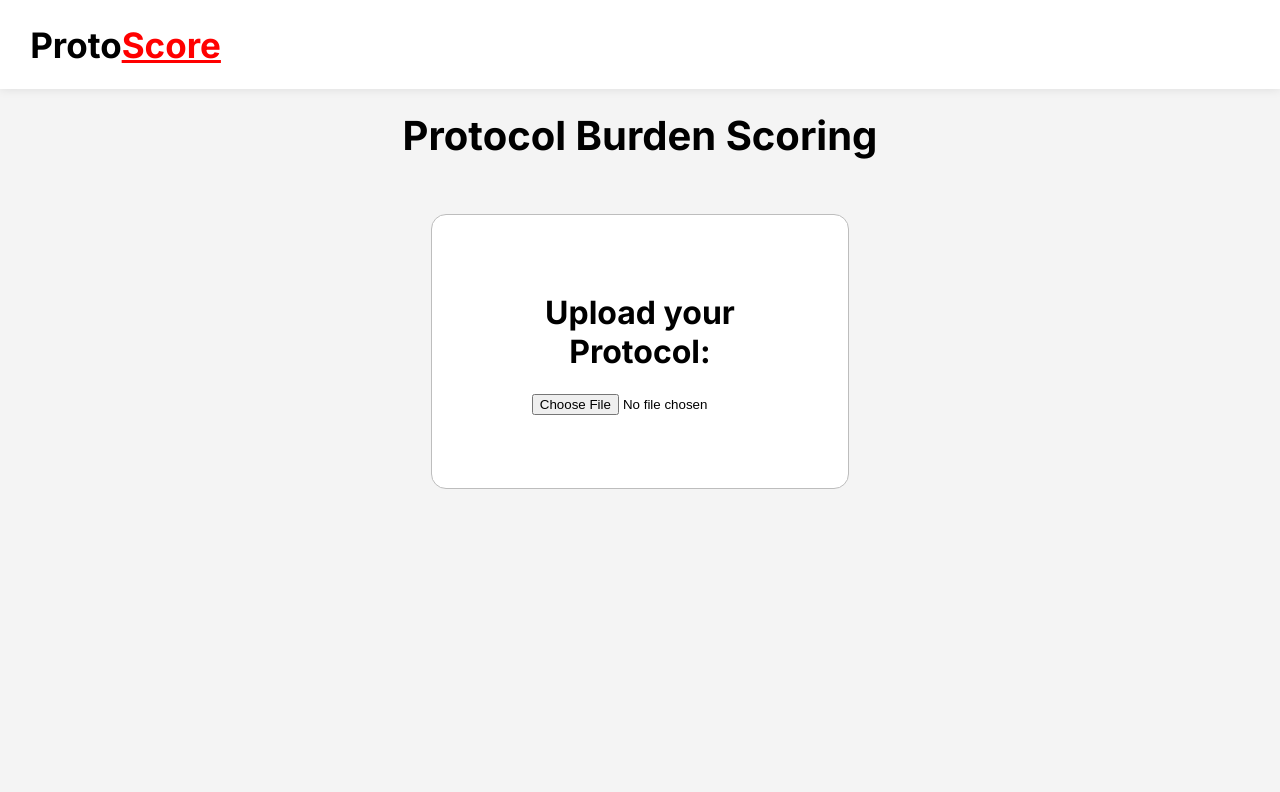
Repository: evanc108/Regeneron2024
Page: / (app in regeneron/)
An editor plug-in stored every save of this project. The page is shown before and after the next save, followed by the edit.
The browser window is 1280 px wide. The pictures show the whole page.
The project was rebuilt for these pictures with package versions that can differ from the ones it lists, and the page was loaded fresh each time.

Above is the page before, as saved 2024-05-14 02:19:54.

### regeneron/src/App.js
import './App.css';
import React, { useState } from 'react';
import Feedback from './pages/Feedback';


function App() {
  return (
    <div className="App">
      <div style={{backgroundColor: "white", width: "100%", padding: "0.2px", boxShadow: "0px 0px 10px rgba(0, 0, 0, 0.1)"}}>
        <h1 style={{ marginLeft: "30px", fontSize: "35px", textAlign: "left"}}>
          <span style={{color: "black"}}>Proto</span>
          <span style={{color: "red", textDecoration: "underline"}}>Score</span>
        </h1>
      </div>


      {/* <input value={inputValue} onChange={handleChange}></input>
      <button onClick={sendRequest}>Click me</button>
      <div>
        <p>Physical Burden: {burden.physical}</p>
        <p>Logistical Burden: {burden.logistical}</p>
        <p>Financial: {burden.financial}</p>
        <p>Psychological Burden: {burden.psychological}</p>
      </div> */}
      <Feedback></Feedback>
    </div>
  );
}

export default App;

### regeneron/src/App.css
.App {
  text-align: center;
  background-color: #f4f4f4;
  margin: 0;
  height: 110vh;
}

body {
  font-family: 'Inter', sans-serif;
  margin: 0;
  padding: 0;
  height: 110vh;
}

.App-logo {
  height: 40vmin;
  pointer-events: none;
}

@media (prefers-reduced-motion: no-preference) {
  .App-logo {
    animation: App-logo-spin infinite 20s linear;
  }
}

.App-header {
  background-color: #282c34;
  min-height: 100vh;
  display: flex;
  flex-direction: column;
  align-items: center;
  justify-content: center;
  font-size: calc(10px + 2vmin);
  color: white;
}

.App-link {
  color: #61dafb;
}

@keyframes App-logo-spin {
  from {
    transform: rotate(0deg);
  }
  to {
    transform: rotate(360deg);
  }
}

### regeneron/src/pages/Feedback.js
import React, { useState } from 'react';
import '../styles/feedback.css';
import { handleExtraction } from '../openAIServices';
import { PropagateLoader } from 'react-spinners';

function Feedback() {
    const [fileUploaded, setFileUploaded] = useState(false);
    const [loading, setLoading] = useState(false);
    const [burden, setBurden] = useState({});
    const [pdfUrl, setPdfUrl] = useState("");

    const handleFileUpload = async (text) => {
        setLoading(true);
        // Uncomment and use when API is connected
        // const response = await handleExtraction(text);
        // setBurden(response);
        setFileUploaded(true);
        setLoading(false);
    };

    function extractText(event) {
        const file = event.target.files[0];
        if (file) {
            const url = URL.createObjectURL(file);
            setPdfUrl(url);
            setFileUploaded(true);

            const reader = new FileReader();
            reader.onload = async (e) => {
                const text = await reader.result;
                console.log(text);
                handleFileUpload(text);
            };
            reader.readAsText(file);
        }
    }

    return (
        <div className="feedback-container">
            {!fileUploaded && (
                <div style={{display:"flex", flexDirection:"column", justifyContent:"center", alignItems:"center"}}>
                    <div className="onboarding">
                        <h1>Protocol Burden Scoring</h1>
                    </div>
                    <div className='upload-file'>
                        {!fileUploaded && !loading && (
                            <div>
                                <h1>Upload your Protocol:</h1>
                                <input
                                    type="file"
                                    accept=".pdf"
                                    onChange={extractText}
                                />
                            </div>
                        )}
                        {loading && (
                            <div style={{ marginTop: "30px" }}>
                                <h2>Calculating Burden...</h2>
                                <PropagateLoader color="#36d7b7" />
                            </div>
                        )}
                    </div>
                </div>
            )}

            {fileUploaded && !loading && (
                <div className="protocol-container">
                    <div className="iframe-container">
                        <iframe src={pdfUrl} style={{ width: '100%', height: '100%' }}></iframe>
                    </div>
                </div>
            )}
            {fileUploaded && !loading && (
                <div className="score-container">
                    <div>
                        <p style={{ fontSize: '17px', fontWeight: '300', marginBottom: '-3px' }}>Burden Score</p>
                        <span style={{ fontSize: '50px', fontWeight: '600' }}>{burden.score || 'N/A'}</span>
                    </div>
                </div>
            )}
        </div>
    );
}

export default Feedback;

### regeneron/src/styles/feedback.css
.feedback-container {
    display: flex;
    flex-direction: row;
    justify-content: center;
    margin-top: -2.5%;
}

.onboarding {
    font-size: 20px;
    font-weight: 500;
    margin-top: 5%;

}

.upload-file {
    border-color: rgb(189, 189, 189);
    border-width: 1px;
    border-style: solid;
    padding-left: 100px;
    padding-right: 100px;
    width: 40%;
    height: 30vh;
    margin-top: 5%;
    border-radius: 15px;
    background-color: white;
    overflow: hidden;
    padding-top: 10.5%;
}

.protocol-container {
    border-color: rgb(189, 189, 189);
    border-width: 1px;
    border-style: solid;
    padding-left: 100px;
    padding-right: 100px;
    width: 40%;
    height: 68vh;
    margin-top: 5%;
    border-radius: 15px;
    background-color: white;
    overflow: hidden;
    padding-top: 10.5%;
}

.score-container {
    border-color: rgb(189, 189, 189);
    border-width: 1px;
    border-style: solid;
    padding: 100px;
    width: 10%;
    height: 65.3vh;
    margin-top: 5%;
    border-radius: 15px;
    background-color: white;
    margin-left: 30px;
}

.score {
    font-size: large;
}

.unique-score {
    font-size: 86px;
    font-weight: 500;
}


.iframe-container {
    top: -28%;
    width: 130%;
    left: -15%;
    height: 150%;  /* Adjust height as needed */
    overflow: hidden;
    position: relative;
}

Loaded but not shown: regeneron/public/index.html (common file); regeneron/src/index.js (common file); regeneron/src/openAIServices.js (no copy from this time; the picture is the same without it)

After the next save:
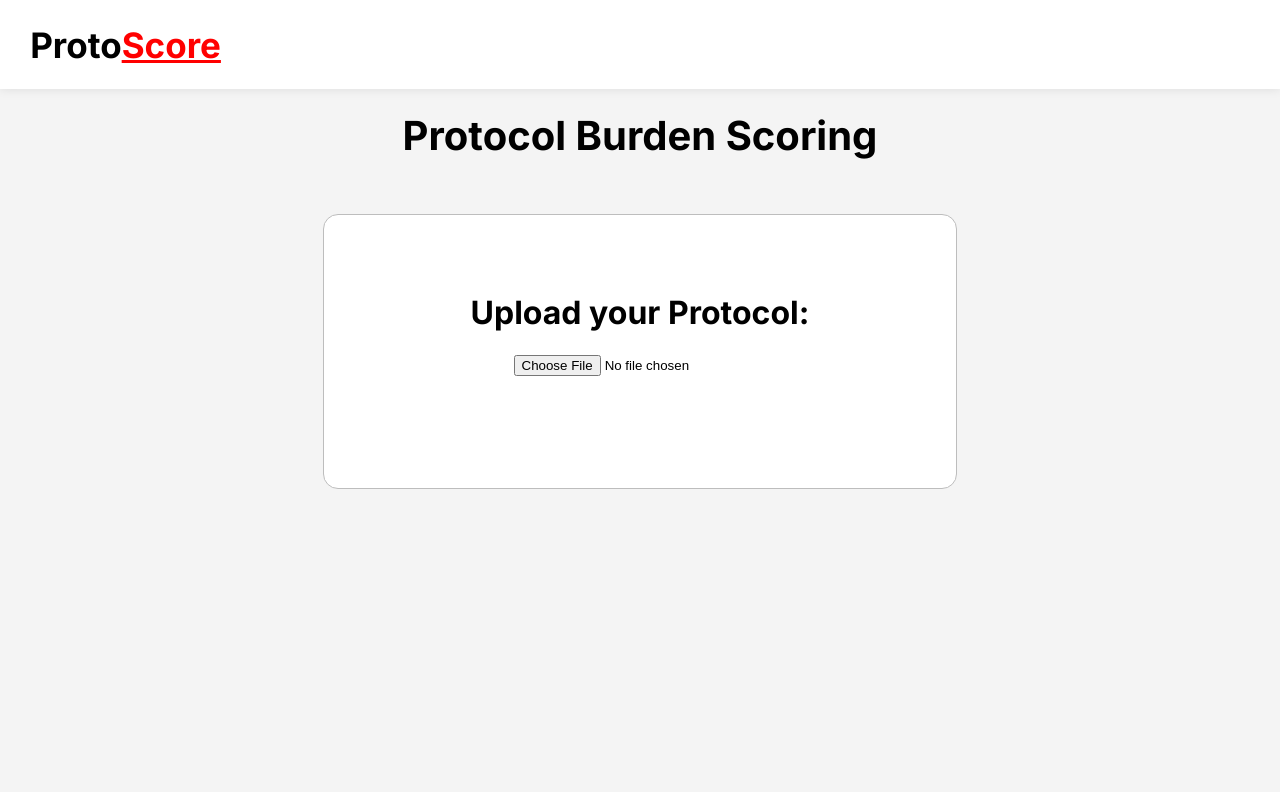
Saved 36 s later.
--- a/regeneron/src/styles/feedback.css
+++ b/regeneron/src/styles/feedback.css
@@ -18,7 +18,7 @@
     border-style: solid;
     padding-left: 100px;
     padding-right: 100px;
-    width: 40%;
+    width: 80%;
     height: 30vh;
     margin-top: 5%;
     border-radius: 15px;
